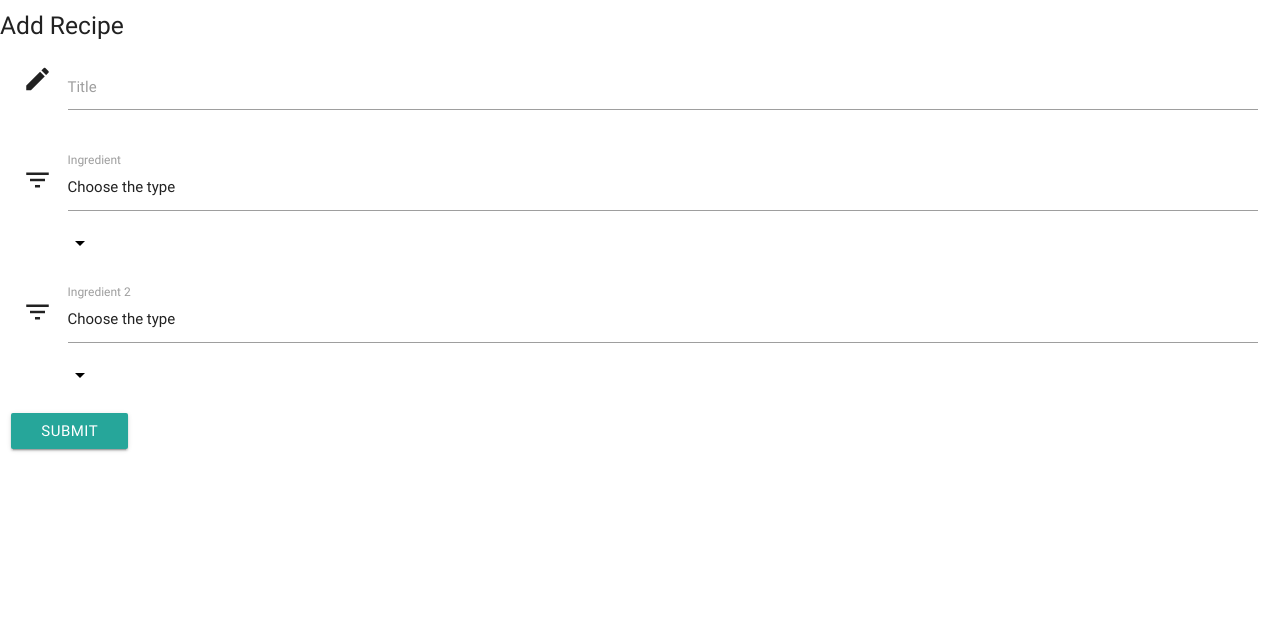
Repository: neillarkin/atari-app
Page: http://localhost/add_recipe
The author's editor kept a record of every edit. The page is drawn from the files as they stood at one moment, then again after the next edit.
The browser window is 1280 px wide. The pictures show the whole page.
The page is served by the project's application, run on Flask 3 (run.py). Queries for data that is not in the repository find no rows.

Above is the page before.

After the next edit:
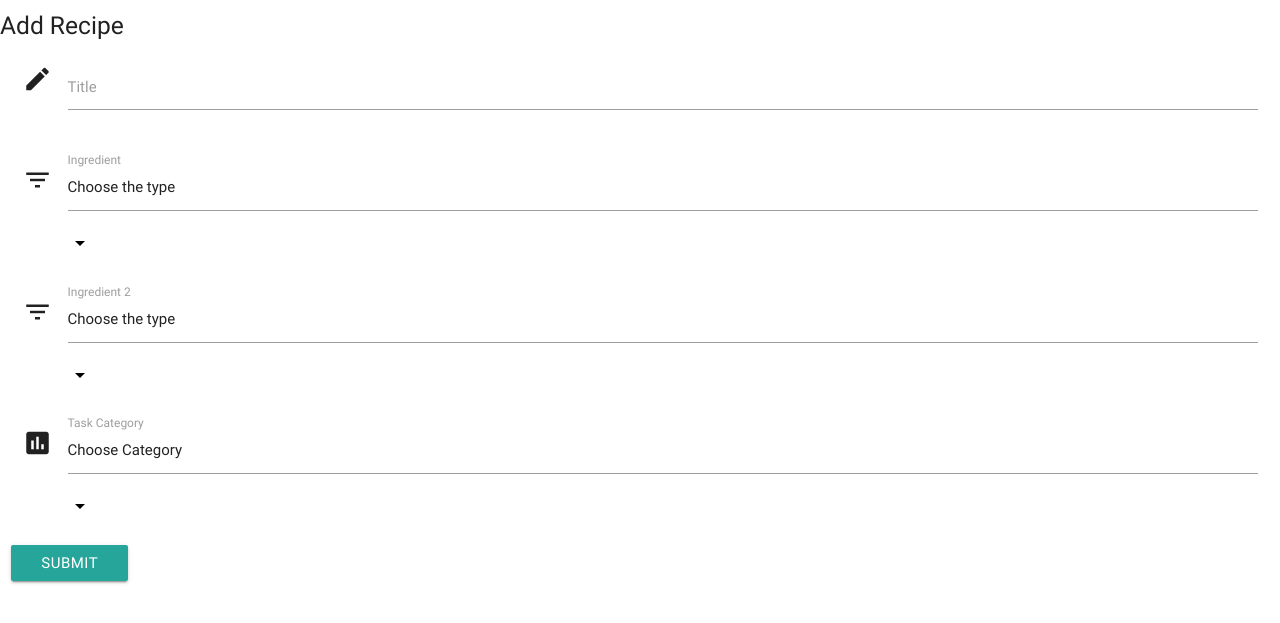
The edit:
--- a/templates/add_recipe.html
+++ b/templates/add_recipe.html
@@ -38,6 +38,20 @@
       </div>
     </div>
 
+    <div class="row">
+      <div class="input-field col s12">
+        <i class="material-icons prefix">poll</i>
+        <select id="category" name="category_name">
+                  <option value="" disabled selected>Choose Category</option>
+                  {% for cat in categories %}
+                      <option value="{{cat.category_name}}">{{cat.category_name}}</option>
+                  {% endfor %}
+                </select>
+        <label>Task Category</label>
+      </div>
+    </div>
+
+
     <!--<div class="row">-->
     <!--  <div class="input-field col s12">-->
     <!--    <i class="material-icons prefix">subject</i>-->

After the 2 edits that followed:
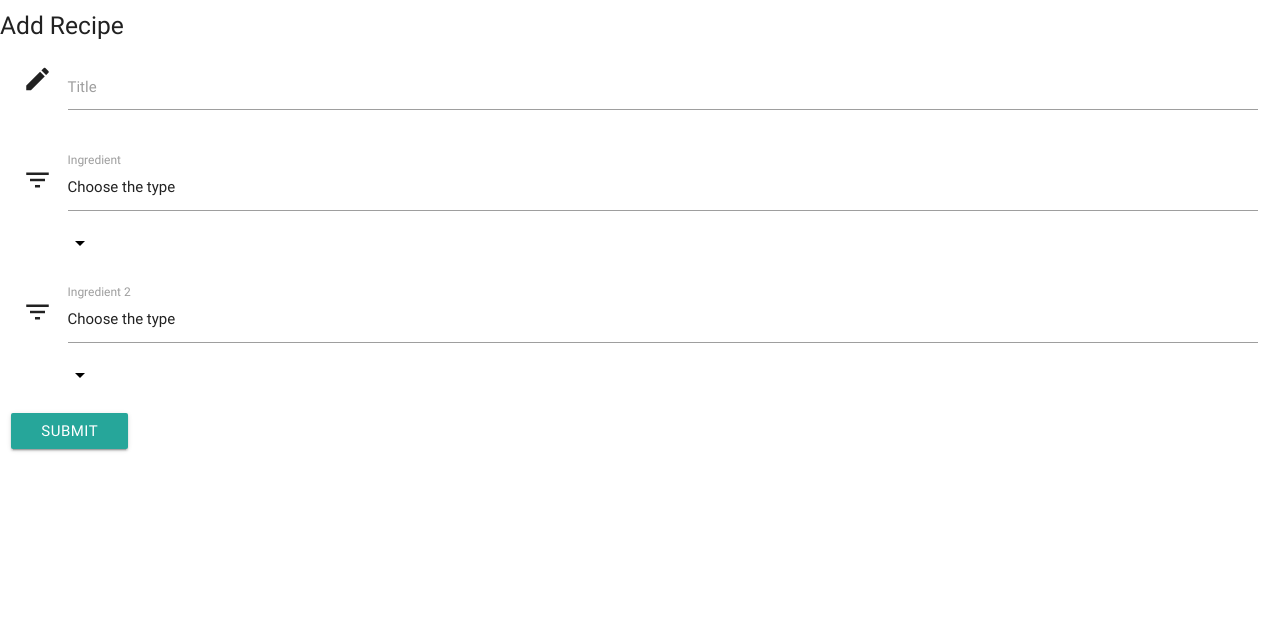
The 2 edits are shown as one change because 1 left the picture as it was.
The edit:
--- a/templates/add_recipe.html
+++ b/templates/add_recipe.html
@@ -30,7 +30,7 @@
         <i class="material-icons prefix">filter_list</i>
         <select id="ingredient2" name="ingredient_name">
           <option value="" disabled selected>Choose the type</option>
-          {% for item in ingredients %}
+          {% for item in ingredients2 %}
             <option value="{{item.ingredient_name}}">{{item.ingredient_name}}</option>
           {% endfor %}
         </select>
@@ -38,18 +38,18 @@
       </div>
     </div>
 
-    <div class="row">
-      <div class="input-field col s12">
-        <i class="material-icons prefix">poll</i>
-        <select id="category" name="category_name">
-                  <option value="" disabled selected>Choose Category</option>
-                  {% for cat in categories %}
-                      <option value="{{cat.category_name}}">{{cat.category_name}}</option>
-                  {% endfor %}
-                </select>
-        <label>Task Category</label>
-      </div>
-    </div>
+    <!--<div class="row">-->
+    <!--  <div class="input-field col s12">-->
+    <!--    <i class="material-icons prefix">poll</i>-->
+    <!--    <select id="category" name="category_name">-->
+    <!--              <option value="" disabled selected>Choose Category</option>-->
+    <!--              {% for cat in categories %}-->
+    <!--                  <option value="{{cat.category_name}}">{{cat.category_name}}</option>-->
+    <!--              {% endfor %}-->
+    <!--            </select>-->
+    <!--    <label>Task Category</label>-->
+    <!--  </div>-->
+    <!--</div>-->
 
 
     <!--<div class="row">-->
